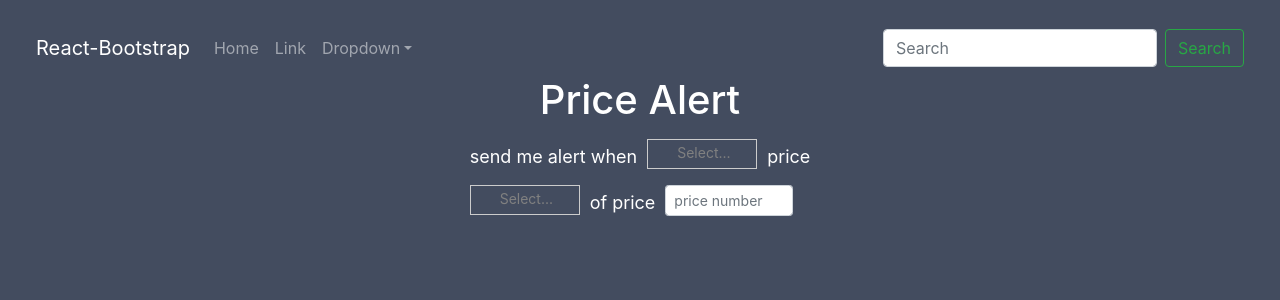
Repository: flychicken123/PriceAlertFront
Page: /
The author's editor kept a copy of each file at every save. The page is drawn from the files as they stood at one save, then again after the next save.
The browser window is 1280 px wide. The pictures show the whole page.
The page's requests for data from a server got no answer. The project was rebuilt for these pictures with package versions that can differ from the ones it lists, and the page was loaded fresh each time. No one was signed in, and anything a server would have sent is missing. Also part of the build but not shown: src/App.css.

Above is the page before, as saved 2021-03-07 13:45:15.

### public/index.html
<!DOCTYPE html>
<html lang="en">
  <head>
    <meta charset="utf-8" />
    <link rel="icon" href="%PUBLIC_URL%/favicon.ico" />
    <meta name="viewport" content="width=device-width, initial-scale=1" />
    <meta name="theme-color" content="#000000" />
    <meta
      name="description"
      content="Web site created using create-react-app"
    />
    <link rel="apple-touch-icon" href="%PUBLIC_URL%/logo192.png" />
    <!--
      manifest.json provides metadata used when your web app is installed on a
      user's mobile device or desktop. See https://developers.google.com/web/fundamentals/web-app-manifest/
    -->
    <link rel="manifest" href="%PUBLIC_URL%/manifest.json" />
    <link
  rel="stylesheet"
  href="https://cdn.jsdelivr.net/npm/bootstrap@4.6.0/dist/css/bootstrap.min.css"
  integrity="sha384-B0vP5xmATw1+K9KRQjQERJvTumQW0nPEzvF6L/Z6nronJ3oUOFUFpCjEUQouq2+l"
  crossorigin="anonymous"
/>
<link rel="stylesheet" href="https://fonts.googleapis.com/css?family=Roboto:300,400,500,700&display=swap" />

    <!--
      Notice the use of %PUBLIC_URL% in the tags above.
      It will be replaced with the URL of the `public` folder during the build.
      Only files inside the `public` folder can be referenced from the HTML.

      Unlike "/favicon.ico" or "favicon.ico", "%PUBLIC_URL%/favicon.ico" will
      work correctly both with client-side routing and a non-root public URL.
      Learn how to configure a non-root public URL by running `npm run build`.
    -->
    <title>React App</title>
  </head>
  <body>
    <noscript>You need to enable JavaScript to run this app.</noscript>
    <div id="root"></div>
    <!--
      This HTML file is a template.
      If you open it directly in the browser, you will see an empty page.

      You can add webfonts, meta tags, or analytics to this file.
      The build step will place the bundled scripts into the <body> tag.

      To begin the development, run `npm start` or `yarn start`.
      To create a production bundle, use `npm run build` or `yarn build`.
    -->
  </body>
</html>

### src/App.js
import logo from './logo.svg';
import './App.css';
import { BrowserRouter as Router, Switch, Route } from 'react-router-dom';
import TopNavbar from './components/TopNavbar';
import Home from './components/Home.jsx';
const App = () => {
  return (
    <Router>
      <TopNavbar />
      <Switch>
        <Route path='/' component={Home} />
      </Switch>
    </Router>
  )
}

export default App;

### src/components/TopNavbar.jsx
import React, { Component } from 'react';
import { Button, Navbar, Nav, NavDropdown, Form, FormControl } from "react-bootstrap";
const TopNavbar = () => {
    return (
        <div>
            <Navbar bg="#282c34" variant="dark" expand="lg">
                <Navbar.Brand href="#home">React-Bootstrap</Navbar.Brand>
                <Navbar.Toggle aria-controls="basic-navbar-nav" />
                <Navbar.Collapse id="basic-navbar-nav">
                    <Nav className="mr-auto">
                        <Nav.Link href="#home">Home</Nav.Link>
                        <Nav.Link href="#link">Link</Nav.Link>
                        <NavDropdown title="Dropdown" id="basic-nav-dropdown">
                            <NavDropdown.Item href="#action/3.1">Action</NavDropdown.Item>
                            <NavDropdown.Item href="#action/3.2">Another action</NavDropdown.Item>
                            <NavDropdown.Item href="#action/3.3">Something</NavDropdown.Item>
                            <NavDropdown.Divider />
                            <NavDropdown.Item href="#action/3.4">Separated link</NavDropdown.Item>
                        </NavDropdown>
                    </Nav>
                    <Form inline>
                        <FormControl type="text" placeholder="Search" className="mr-sm-2" />
                        <Button variant="outline-success">Search</Button>
                    </Form>
                </Navbar.Collapse>
            </Navbar>
        </div>
    )
};
export default TopNavbar

### src/components/Home.jsx
import React, { useState, Component, Select, useEffect, useCallback } from 'react';
import AsyncSelect from 'react-select/async';
import { Form, Container, Col } from 'react-bootstrap';
import { Helmet } from 'react-helmet';
import '../css/Home.css';
export default function Home(props) {

    const [coinTypes, setCoinTypes] = useState([]);
    const [selectedOption, setSelectedOption] = useState(props ? props.match?.params?.template_id : null);
    const customStyles = {
        control: base => ({
            ...base,
            height: 30,
            minHeight: 25,
            maxHeight: 30,
            width: 110,
            textAlign: "50",
            fontSize: 14,
        }),
        dropdownIndicator: base => ({
            ...base,
            display: "none"
        }),
        indicatorSeparator: base => ({
            ...base,
            display: "none"
        }),
        valueContainer: base => ({
            ...base,
            bottom: 5,
            paddingLeft: 27,
        })
    };

    // const coinOptions = (f) => {
    //     return [{ name: "- select -", id: "" }, ...coinTypes].map((coinType) => {
    //         return {
    //             label: coinType.name,
    //             value: coinType.id
    //         }
    //     })
    // };
    const handleCoinChange = useCallback((coin_id) => {
        setSelectedOption(coin_id);
        console.log(coin_id.name);
    }, []);
    const fetchCoinList = () => {
        return fetch(`https://6043fea2a20ace001728e9b7.mockapi.io/api/v1/coinlist/coinlist`).then(res => res.json());
    }


    return (

        < div className='mainControl' >
            <Helmet>
                <style>{'body { background-color: #434c5f;text-align: center; padding: 20px;color: white; }'}</style>
            </Helmet>
            <Container fluid="md">

                <div style={{ display: 'flex', justifyContent: 'center', height: '50vh', backgroundColor: '#434c5f', width: '200' }}>

                    <Form>
                        <h1>Price Alert</h1>

                        <Form.Row className="row-space">

                            <Col lg="auto" ><Form.Text className="normalText">send me alert when</Form.Text></Col>
                            <Col md="auto">
                                <AsyncSelect
                                    cacheOptions
                                    defaultOptions
                                    onChange={handleCoinChange}
                                    value={selectedOption}
                                    loadOptions={fetchCoinList}
                                    getOptionValue={option => option.id}
                                    getOptionLabel={option => option.name}
                                    styles={customStyles}
                                    theme={theme => ({
                                        ...theme,
                                        borderRadius: 0,
                                        colors: {
                                            ...theme.colors,
                                            primary25: '#191f2b',
                                            primary: '#515c73f',
                                            neutral0: '434c5f',
                                            neutral80: 'white'

                                        },
                                    })}
                                />
                            </Col>
                            <Col xs="auto"><Form.Text className="normalText">price</Form.Text></Col>

                        </Form.Row>

                        <Form.Row className="row-space">
                            <Col xs="auto">
                                <AsyncSelect
                                    cacheOptions
                                    defaultOptions
                                    onChange={handleCoinChange}
                                    value={selectedOption}
                                    loadOptions={fetchCoinList}
                                    getOptionValue={option => option.id}
                                    getOptionLabel={option => option.name}
                                    styles={customStyles}
                                    theme={theme => ({
                                        ...theme,
                                        borderRadius: 0,
                                        colors: {
                                            ...theme.colors,
                                            primary25: '#191f2b',
                                            primary: '#515c73f',
                                            neutral0: '434c5f',
                                            neutral80: 'white'

                                        },
                                    })}
                                />

                            </Col>
                            <Col xs="auto"><Form.Text className="normalText">of price</Form.Text></Col>
                            <Col xs="auto"> <Form.Control className="smaller-input" htmlSize="8" size="sm" type="text" placeholder="price number" /></Col>
                        </Form.Row>
                    </Form>

                </div>
            </Container>
        </div >
    )
}

### src/css/Home.css
/* body {
    background-color: #282c34;
    color: white;
    padding: 40px;
    font-family: Arial;
    text-align: center;
  } */
  .normalText{font-size: 18px;}

  .smaller-input {
    font-size: 5px;
    padding: 2px 5px;
  }
  .row-space{
    margin: 15px;
  }

Loaded but not shown: src/index.js (common file); src/index.css (common file); src/reportWebVitals.js (common file)

After the next save:
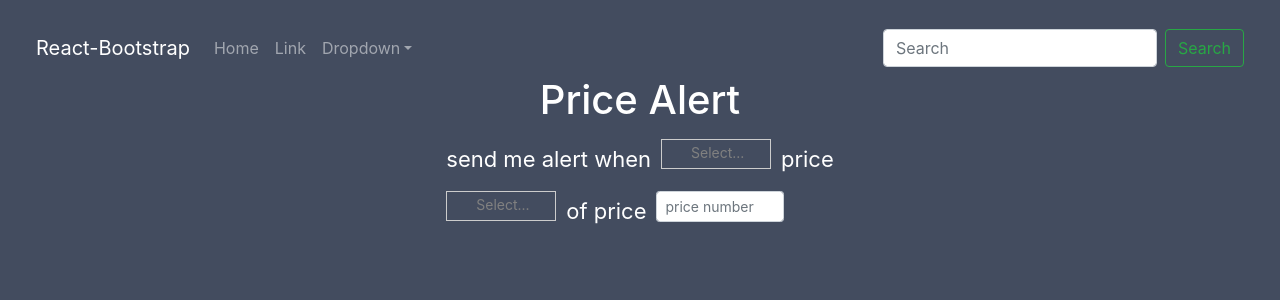
Saved 12 s later.
--- a/src/css/Home.css
+++ b/src/css/Home.css
@@ -5,7 +5,7 @@
     font-family: Arial;
     text-align: center;
   } */
-  .normalText{font-size: 18px;}
+  .normalText{font-size: 22px;}
 
   .smaller-input {
     font-size: 5px;
